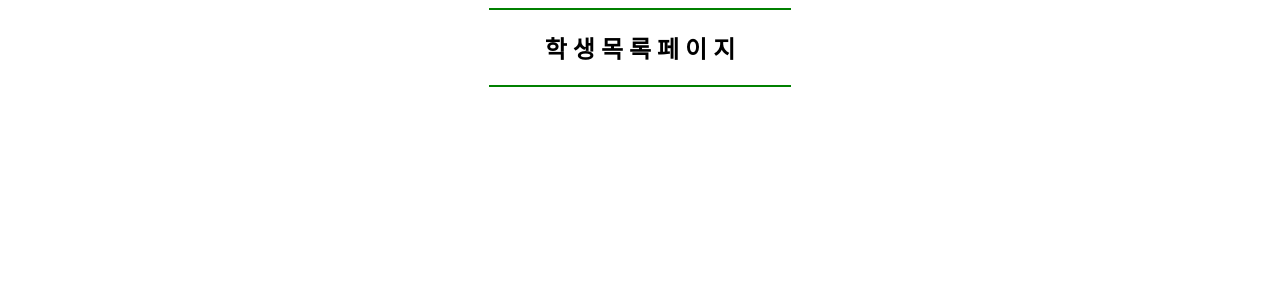
Repository: sungeunbyeol/Nowon-ezen-jsp
Page: http://localhost/myHome/list.jsp
An editor plug-in stored every save of this project. The page is shown before and after the next save, followed by the edit.
The browser window is 1280 px wide. The pictures show the whole page.
The page is served by Tomcat 9. Other server files are loaded and not shown.

Above is the page before, as saved 2021-11-03 05:07:53.

### myHome/WebContent/list.jsp
<%@ page language="java" contentType="text/html; charset=EUC-KR"
    pageEncoding="EUC-KR"%>

<html>
<head>
<title>학생목록</title>
</head>
<body>
	<div align="center">
		<hr color="green" width="300">
		<h2> 학 생 목 록 페 이 지</h2>
		<hr color="green" width="300">

	</div>
</body>
</html>

After the next save:
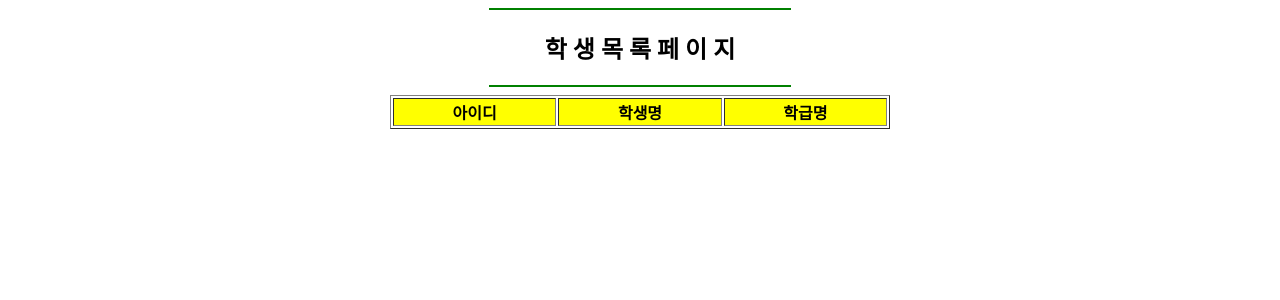
Saved 87 s later.
--- a/myHome/WebContent/list.jsp
+++ b/myHome/WebContent/list.jsp
@@ -10,7 +10,17 @@
 		<hr color="green" width="300">
 		<h2> 학 생 목 록 페 이 지</h2>
 		<hr color="green" width="300">
+		<table border="1" width="500">
+			<tr bgcolor="yellow">
+				<th>아이디</th>
+				<th>학생명</th>
+				<th>학급명</th>
+			</tr>
+<%
+		//여기에 DB와 연결하여 자료를 받아와 출력시키기
+%>
 
+		</table>
 	</div>
 </body>
 </html>
